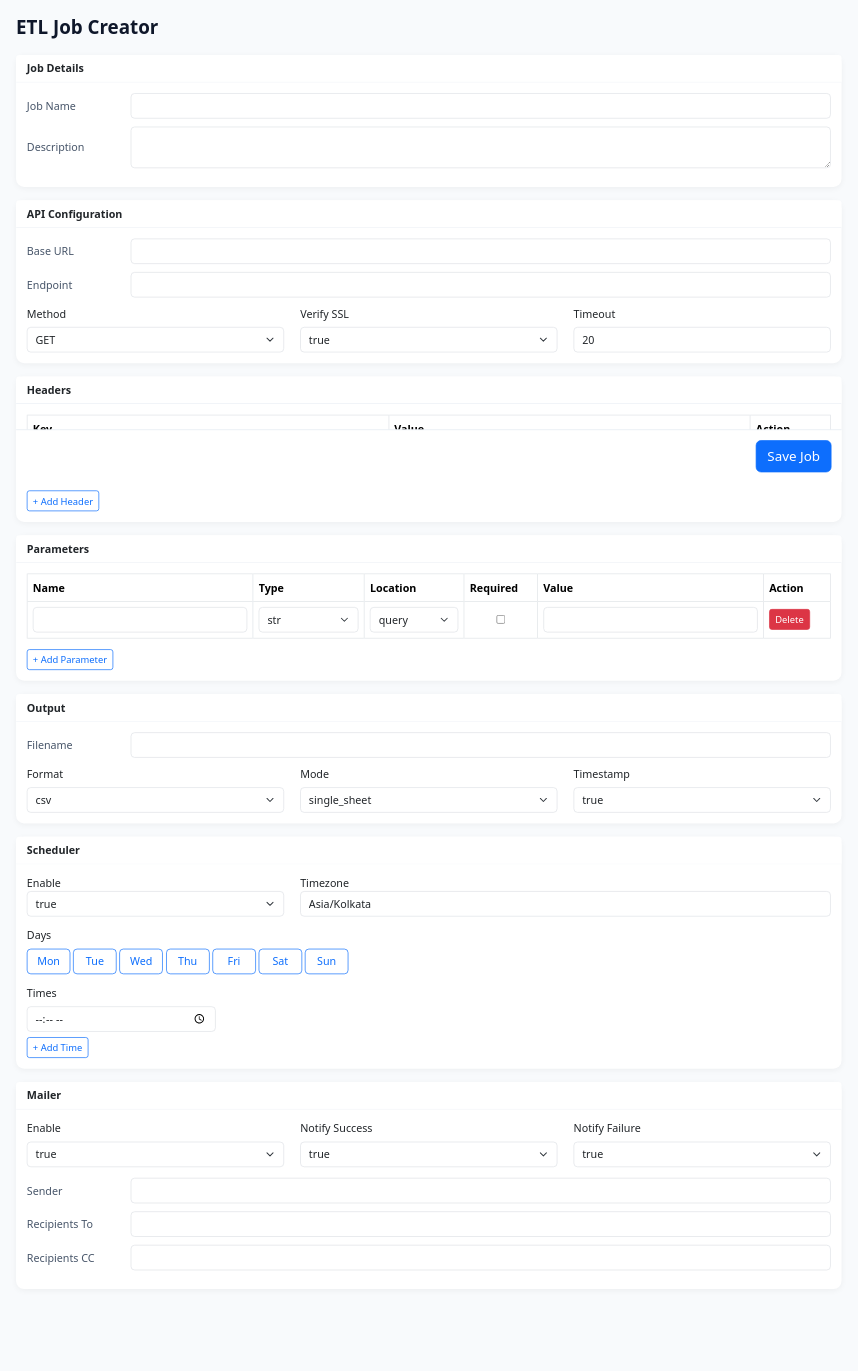
Repository: C0sCube/fetchapi
Page: example.html
An editor plug-in stored every save of this project. The page is shown before and after the next save, followed by the edit.
The browser window is 1280 px wide. The pictures show the whole page, at 67% of full size.

Above is the page before, as saved 2026-06-09 23:37:46.

### example.html
<!DOCTYPE html>
<html lang="en">

<head>
    <meta charset="UTF-8">
    <meta name="viewport" content="width=device-width, initial-scale=1.0">

    <title>ETL Job Creator</title>

    <link href="https://cdn.jsdelivr.net/npm/bootstrap@5.3.3/dist/css/bootstrap.min.css" rel="stylesheet">

    <style>
        body {
            background: #f8fafc;
            color: #334155;
        }

        .page-title {
            font-weight: 700;
            color: #0f172a;
        }

        .section-card {
            border: none;
            border-radius: 12px;
            margin-bottom: 20px;
            box-shadow: 0 2px 10px rgba(0, 0, 0, .05);
        }

        .card-header {
            background: white;
            font-weight: 600;
            border-bottom: 1px solid #e2e8f0;
        }

        .form-label-fixed {
            width: 140px;
            font-weight: 500;
            color: #475569;
        }

        .form-row {
            display: flex;
            align-items: center;
            gap: 15px;
            margin-bottom: 12px;
        }

        .form-row .form-control,
        .form-row .form-select {
            flex: 1;
        }

        .day-btn {
            min-width: 65px;
        }

        .table td {
            vertical-align: middle;
        }

        .save-bar {
            position: sticky;
            bottom: 0;
            background: white;
            padding: 15px;
            border-top: 1px solid #e2e8f0;
        }
    </style>
</head>

<body>

    <div class="container-fluid px-4 py-4">

        <h3 class="page-title mb-4">
            ETL Job Creator
        </h3>

        <!-- JOB DETAILS -->
        <div class="card section-card">

            <div class="card-header">
                Job Details
            </div>

            <div class="card-body">

                <div class="form-row">
                    <label class="form-label-fixed">
                        Job Name
                    </label>

                    <input class="form-control">
                </div>

                <div class="form-row">
                    <label class="form-label-fixed">
                        Description
                    </label>

                    <textarea class="form-control" rows="2"></textarea>
                </div>

            </div>
        </div>

        <!-- API CONFIG -->
        <div class="card section-card">

            <div class="card-header">
                API Configuration
            </div>

            <div class="card-body">

                <div class="form-row">
                    <label class="form-label-fixed">
                        Base URL
                    </label>

                    <input class="form-control">
                </div>

                <div class="form-row">
                    <label class="form-label-fixed">
                        Endpoint
                    </label>

                    <input class="form-control">
                </div>

                <div class="row">

                    <div class="col-md-4">

                        <label class="form-label">
                            Method
                        </label>

                        <select class="form-select">
                            <option>GET</option>
                            <option>POST</option>
                            <option>PUT</option>
                            <option>PATCH</option>
                            <option>DELETE</option>
                        </select>

                    </div>

                    <div class="col-md-4">

                        <label class="form-label">
                            Verify SSL
                        </label>

                        <select class="form-select">
                            <option>true</option>
                            <option>false</option>
                        </select>

                    </div>

                    <div class="col-md-4">

                        <label class="form-label">
                            Timeout
                        </label>

                        <input class="form-control" value="20">

                    </div>

                </div>

            </div>
        </div>

        <!-- HEADERS -->
        <div class="card section-card">

            <div class="card-header">
                Headers
            </div>

            <div class="card-body">

                <table class="table table-bordered">

                    <thead>
                        <tr>
                            <th>Key</th>
                            <th>Value</th>
                            <th width="120">Action</th>
                        </tr>
                    </thead>

                    <tbody>

                        <tr>
                            <td>
                                <input class="form-control">
                            </td>

                            <td>
                                <input class="form-control">
                            </td>

                            <td>
                                <button class="btn btn-danger btn-sm">
                                    Delete
                                </button>
                            </td>
                        </tr>

                    </tbody>

                </table>

                <button class="btn btn-outline-primary btn-sm">
                    + Add Header
                </button>

            </div>

        </div>

        <!-- PARAMETERS -->
        <div class="card section-card">

            <div class="card-header">
                Parameters
            </div>

            <div class="card-body">

                <table class="table table-bordered">

                    <thead>
                        <tr>
                            <th>Name</th>
                            <th>Type</th>
                            <th>Location</th>
                            <th>Required</th>
                            <th>Value</th>
                            <th width="100">Action</th>
                        </tr>
                    </thead>

                    <tbody>

                        <tr>

                            <td>
                                <input class="form-control">
                            </td>

                            <td>
                                <select class="form-select">
                                    <option>str</option>
                                    <option>int</option>
                                    <option>float</option>
                                    <option>bool</option>
                                    <option>date</option>
                                    <option>datetime</option>
                                    <option>list</option>
                                </select>
                            </td>

                            <td>
                                <select class="form-select">
                                    <option>query</option>
                                    <option>body</option>
                                    <option>header</option>
                                    <option>path</option>
                                </select>
                            </td>

                            <td class="text-center">
                                <input type="checkbox">
                            </td>

                            <td>
                                <input class="form-control">
                            </td>

                            <td>
                                <button class="btn btn-danger btn-sm">
                                    Delete
                                </button>
                            </td>

                        </tr>

                    </tbody>

                </table>

                <button class="btn btn-outline-primary btn-sm">
                    + Add Parameter
                </button>

            </div>

        </div>

        <!-- OUTPUT -->
        <div class="card section-card">

            <div class="card-header">
                Output
            </div>

            <div class="card-body">

                <div class="form-row">
                    <label class="form-label-fixed">
                        Filename
                    </label>

                    <input class="form-control">
                </div>

                <div class="row">

                    <div class="col-md-4">

                        <label class="form-label">
                            Format
                        </label>

                        <select class="form-select">
                            <option>csv</option>
                            <option>excel</option>
                        </select>

                    </div>

                    <div class="col-md-4">

                        <label class="form-label">
                            Mode
                        </label>

                        <select class="form-select">
                            <option>single_sheet</option>
                            <option>multiple_sheet</option>
                        </select>

                    </div>

                    <div class="col-md-4">

                        <label class="form-label">
                            Timestamp
                        </label>

                        <select class="form-select">
                            <option>true</option>
                            <option>false</option>
                        </select>

                    </div>

                </div>

            </div>

        </div>

        <!-- SCHEDULER -->
        <div class="card section-card">

            <div class="card-header">
                Scheduler
            </div>

            <div class="card-body">

                <div class="row mb-3">

                    <div class="col-md-4">
                        <label>Enable</label>
                        <select class="form-select">
                            <option>true</option>
                            <option>false</option>
                        </select>
                    </div>

                    <div class="col-md-8">
                        <label>Timezone</label>
                        <input class="form-control" value="Asia/Kolkata">
                    </div>

                </div>

                <label class="form-label">
                    Days
                </label>

                <div class="mb-3">

                    <button class="btn btn-outline-primary day-btn">Mon</button>
                    <button class="btn btn-outline-primary day-btn">Tue</button>
                    <button class="btn btn-outline-primary day-btn">Wed</button>
                    <button class="btn btn-outline-primary day-btn">Thu</button>
                    <button class="btn btn-outline-primary day-btn">Fri</button>
                    <button class="btn btn-outline-primary day-btn">Sat</button>
                    <button class="btn btn-outline-primary day-btn">Sun</button>

                </div>

                <label class="form-label">
                    Times
                </label>

                <div class="row">

                    <div class="col-md-3">
                        <input type="time" class="form-control">
                    </div>

                </div>

                <button class="btn btn-outline-primary btn-sm mt-2">
                    + Add Time
                </button>

            </div>

        </div>

        <!-- MAILER -->
        <div class="card section-card">

            <div class="card-header">
                Mailer
            </div>

            <div class="card-body">

                <div class="row mb-3">

                    <div class="col-md-4">
                        <label class="form-label">
                            Enable
                        </label>

                        <select class="form-select">
                            <option>true</option>
                            <option>false</option>
                        </select>
                    </div>

                    <div class="col-md-4">
                        <label class="form-label">
                            Notify Success
                        </label>

                        <select class="form-select">
                            <option>true</option>
                            <option>false</option>
                        </select>
                    </div>

                    <div class="col-md-4">
                        <label class="form-label">
                            Notify Failure
                        </label>

                        <select class="form-select">
                            <option>true</option>
                            <option>false</option>
                        </select>
                    </div>

                </div>

                <div class="form-row">
                    <label class="form-label-fixed">
                        Sender
                    </label>

                    <input class="form-control">
                </div>

                <div class="form-row">
                    <label class="form-label-fixed">
                        Recipients To
                    </label>

                    <input class="form-control">
                </div>

                <div class="form-row">
                    <label class="form-label-fixed">
                        Recipients CC
                    </label>

                    <input class="form-control">
                </div>

            </div>

        </div>

        <div class="save-bar text-end">
            <button class="btn btn-primary btn-lg">
                Save Job
            </button>
        </div>

    </div>

</body>

</html>

After the next save:
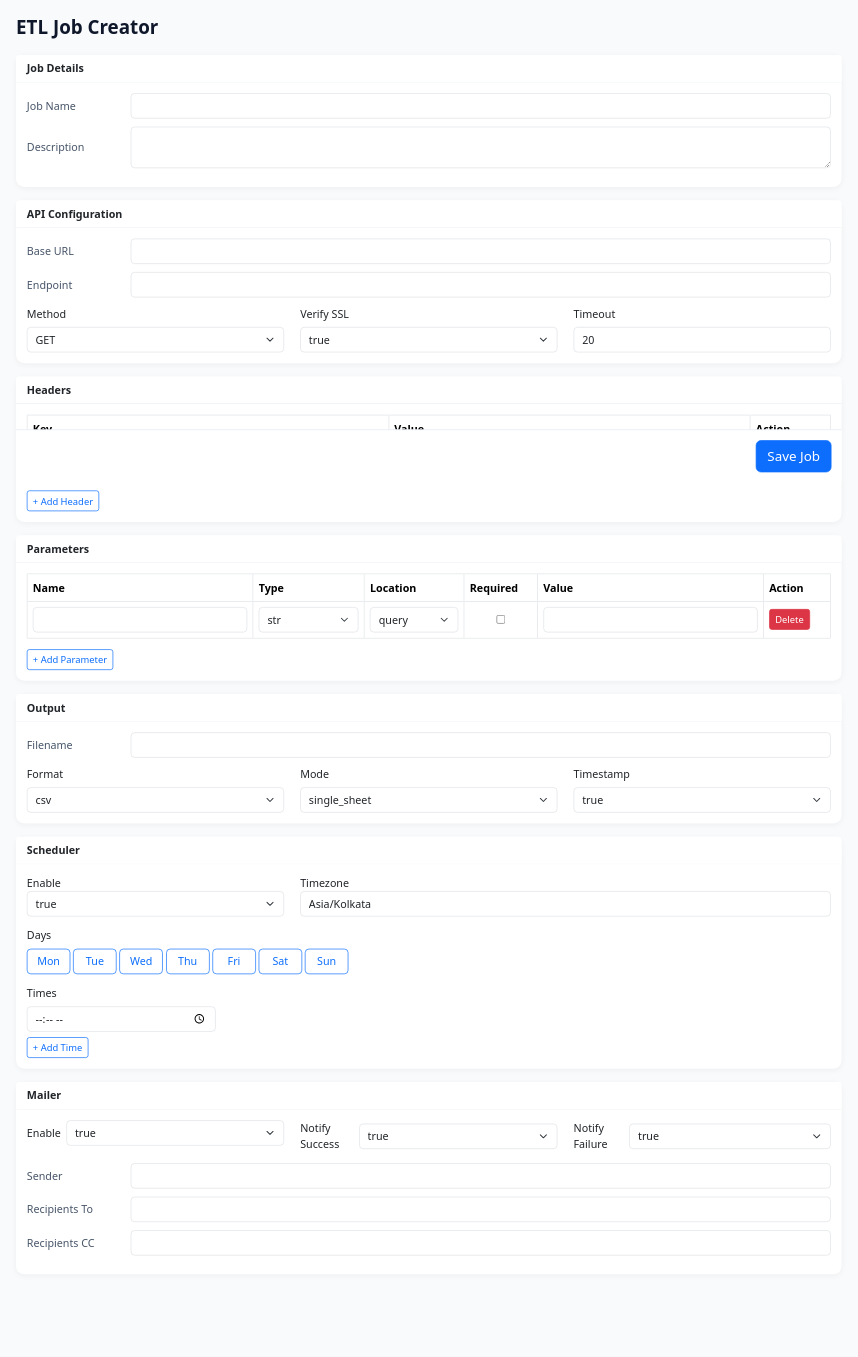
Saved 52 s later.
--- a/example.html
+++ b/example.html
@@ -442,36 +442,42 @@
                 <div class="row mb-3">
 
                     <div class="col-md-4">
-                        <label class="form-label">
-                            Enable
-                        </label>
-
-                        <select class="form-select">
-                            <option>true</option>
-                            <option>false</option>
-                        </select>
-                    </div>
-
-                    <div class="col-md-4">
-                        <label class="form-label">
-                            Notify Success
-                        </label>
-
-                        <select class="form-select">
-                            <option>true</option>
-                            <option>false</option>
-                        </select>
-                    </div>
-
-                    <div class="col-md-4">
-                        <label class="form-label">
-                            Notify Failure
-                        </label>
-
-                        <select class="form-select">
-                            <option>true</option>
-                            <option>false</option>
-                        </select>
+                        <div class="d-flex align-items-center gap-2">
+                            <label class="mb-0 fw-medium">
+                                Enable
+                            </label>
+
+                            <select class="form-select">
+                                <option>true</option>
+                                <option>false</option>
+                            </select>
+                        </div>
+                    </div>
+
+                    <div class="col-md-4">
+                        <div class="d-flex align-items-center gap-2">
+                            <label class="mb-0 fw-medium">
+                                Notify Success
+                            </label>
+
+                            <select class="form-select">
+                                <option>true</option>
+                                <option>false</option>
+                            </select>
+                        </div>
+                    </div>
+
+                    <div class="col-md-4">
+                        <div class="d-flex align-items-center gap-2">
+                            <label class="mb-0 fw-medium">
+                                Notify Failure
+                            </label>
+
+                            <select class="form-select">
+                                <option>true</option>
+                                <option>false</option>
+                            </select>
+                        </div>
                     </div>
 
                 </div>
